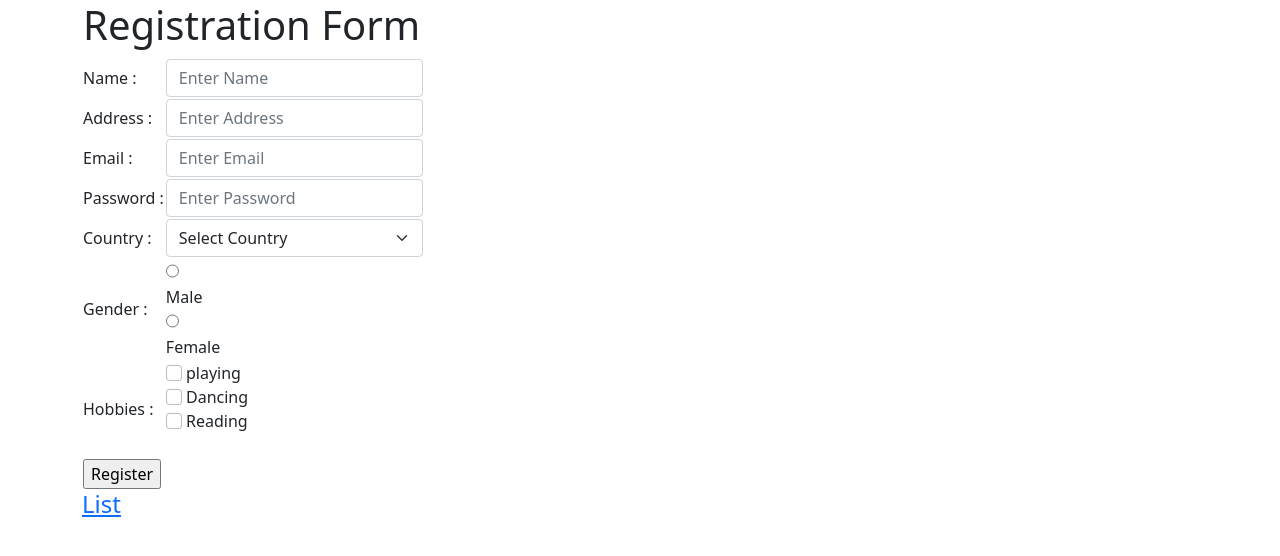
Repository: testuser85495/Java-Practical
Page: http://localhost/First_demo/
An editor plug-in stored every save of this project. The page is shown before and after the next save, followed by the edit.
The browser window is 1280 px wide. The pictures show the whole page.
The page is served by Tomcat 9. Other server files are loaded and not shown.

Above is the page before, as saved 2024-07-23 13:28:01.

### First_demo/src/main/webapp/index.jsp
<%@ page language="java" contentType="text/html; charset=UTF-8"
	pageEncoding="UTF-8"%>
<!DOCTYPE html>
<html>
<head>
    <!-- Required meta tags -->
    <meta charset="utf-8">
    <meta name="viewport" content="width=device-width, initial-scale=1">

    <!-- Bootstrap CSS -->
    <link href="https://cdn.jsdelivr.net/npm/bootstrap@5.0.2/dist/css/bootstrap.min.css" rel="stylesheet" integrity="sha384-EVSTQN3/azprG1Anm3QDgpJLIm9Nao0Yz1ztcQTwFspd3yD65VohhpuuCOmLASjC" crossorigin="anonymous">

    <title>Edit</title>
  </head>


<body>
	<div class="container">
		<%-- <h3 class="scriptlet">
			<%
			String msg = (String) request.getAttribute("msg");
			if (msg != null) {
				out.print(msg);
			}
			%>
		</h3> --%>

		<form action="UserController" method="post">
			<table cellspacing="15" class="tbl_reg">
				<tr>
					<td colspan="2">
						<h1>Registration Form</h1>
					</td>
				</tr>
				<tr>
					<td><label>Name : </label></td>
					<td><input type="text" name="name" placeholder="Enter Name" class="form-control"
						required="required"></td>
				</tr>

				<tr>
					<td><label>Address : </label></td>
					<td><input type="text" name="address"
						placeholder="Enter Address" required="required" class="form-control"></td>
				</tr>


				<tr>
					<td><label>Email : </label></td>
					<td><input type="email" name="email" placeholder="Enter Email"
						required="required" class="form-control"></td>
				</tr>
				<tr>
					<td><label>Password : </label></td>
					<td><input type="password" name="password"
						placeholder="Enter Password" required="required" class="form-control"></td>
				</tr>

				<tr>
					<td><label>Country : </label></td>
					<td><select name="country" id="Country" class="form-select">
					        <option selected>Select Country</option>
							<option value="India">India</option>
							<option value="USA">USA</option>
							<option value="Canada">Canada</option>
							<option value="UK">UK</option>
					</select></td>
				</tr>

				<tr>
					<td><label>Gender : </label></td>
					<td><input type="radio" name="gender" value="male" class="form-check">
						Male<br> <input type="radio" name="gender" value="female" class="form-check">
						Female<br></td>
				</tr>


				<tr>
					<td><label>Hobbies : </label></td>


					<td><input type="checkbox" name="hobbie" value="playing" class="form-check-input">
					<label for="Hobbies"> playing</label>
					<br>
					<input type="checkbox" name="hobbie" value="Dancing" class="form-check-input">
					<label for="Hobbies"> Dancing</label>
					<br>
					<input type="checkbox" name="hobbie" value="Reading" class="form-check-input">
					<label for="Hobbies"> Reading</label>
					<br>
					<br></td>


				</tr>

				<tr>
					<td colspan="2"><input type="Submit" name="action"
						value="Register" class="reg_submit" id="reg_submit" /></td>
				</tr>
			</table>
			<h4><a href="home.jsp">List</a></h4>
		</form>
	</div>
</body>
</html>

After the next save:
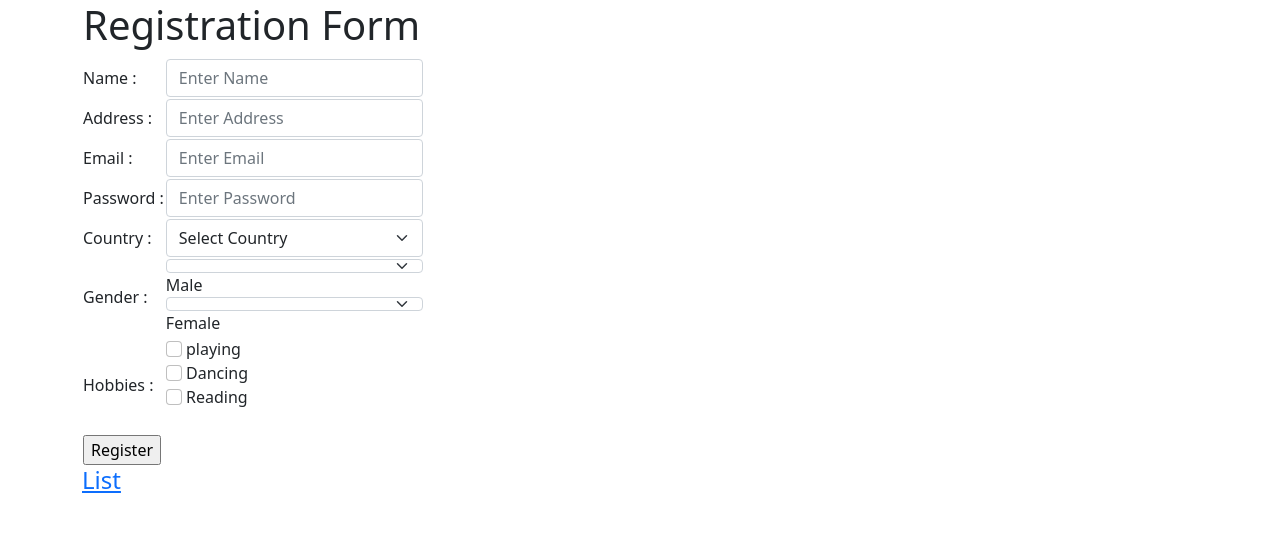
Saved 5 s later.
--- a/First_demo/src/main/webapp/index.jsp
+++ b/First_demo/src/main/webapp/index.jsp
@@ -69,8 +69,8 @@
 
 				<tr>
 					<td><label>Gender : </label></td>
-					<td><input type="radio" name="gender" value="male" class="form-check">
-						Male<br> <input type="radio" name="gender" value="female" class="form-check">
+					<td><input type="radio" name="gender" value="male" class="form-select">
+						Male<br> <input type="radio" name="gender" value="female" class="form-select">
 						Female<br></td>
 				</tr>
 
